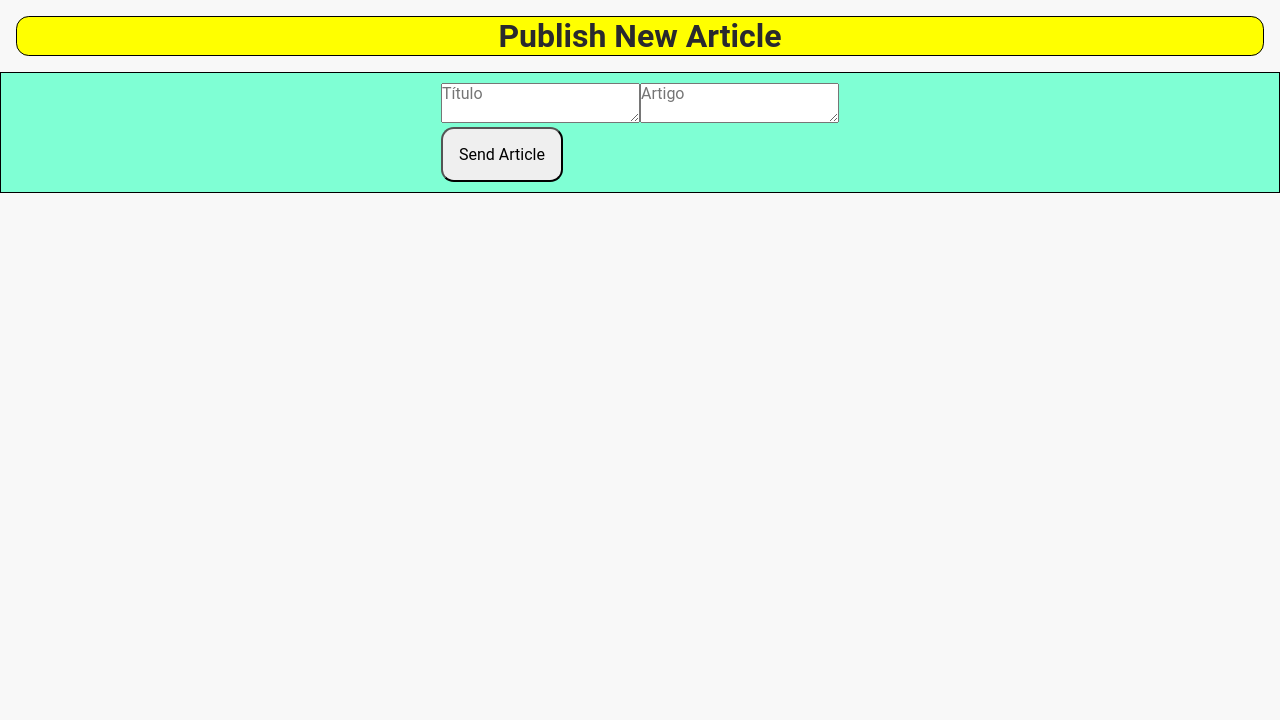
Repository: batmit/publish_articles
Page: /publish
The author's editor kept a copy of each file at every save. The page is drawn from the files as they stood at one save, then again after the next save.
The browser window is 1280 px wide. The pictures show the whole page.
The project was rebuilt for these pictures with package versions that can differ from the ones it lists, and the page was loaded fresh each time. Also part of the build but not shown: src/pages/articles.tsx, src/pages/article.tsx, src/pages/Home.tsx.

Above is the page before, as saved 2021-06-29 18:35:33.

### public/index.html
<!DOCTYPE html>
<html lang="en">
  <head>
    <meta charset="utf-8" />
    <meta name="viewport" content="width=device-width, initial-scale=1" />
    <meta name="theme-color" content="#000000" />
    <meta
      name="description"
      content="Web site created using create-react-app"
    />
    <title>publish_articles</title>
  </head>
  <body>
    <noscript>You need to enable JavaScript to run this app.</noscript>
    <div id="root"></div>
    <!--
      This HTML file is a template.
      If you open it directly in the browser, you will see an empty page.

      You can add webfonts, meta tags, or analytics to this file.
      The build step will place the bundled scripts into the <body> tag.

      To begin the development, run `npm start` or `yarn start`.
      To create a production bundle, use `npm run build` or `yarn build`.
    -->
  </body>
</html>

### src/App.tsx
import React from 'react';
import { BrowserRouter, Route } from 'react-router-dom';
import { Articles } from './pages/articles';

import {Article} from './pages/article'

import {Home} from './pages/Home';
import { Publish_Articles } from './pages/publish_articles';

import './styles/global.scss';



function App() {
  return (

    <BrowserRouter>

      <Route path='/' exact component={Home} />

      <Route path='/articles' exact component={Articles} />

      <Route path='/articles/:id' component={Article} />

      <Route path='/publish' exact component={Publish_Articles} />



    </BrowserRouter>

  );
}

export default App;

### src/pages/publish_articles.tsx
import { FormEvent, useState } from "react";
import { useHistory } from "react-router-dom";
import { database } from "../services/firebase";

export function Publish_Articles() {

    const [title, setNewTitle] = useState('');

    const [article, setNewArticle] = useState('');

    const history = useHistory();

    async function handleSendArticle(event: FormEvent) {

        event.preventDefault();

        await database.ref(`articles/${title}`).push(article);

        setNewArticle('');

        setNewTitle('');

        history.push(`articles/${title}`)

    };

    return (
        <>
            <header>
                <h1>Publish New Article</h1>
            </header>

            <main>
                <form onSubmit={handleSendArticle}>
                        <textarea
                            className="title"
                            placeholder="Título"
                            onChange={event => setNewTitle(event.target.value)}
                            value={title}
                        />


                        <textarea
                            placeholder="Artigo"
                            onChange={event => setNewArticle(event.target.value)}
                            value={article}
                        />

                        <div className="form-footer">
                            <button type='submit'>Send Article</button>
                        </div>

                </form>
            </main>
        </>
    );
}

### src/styles/global.scss
* {
    margin: 0;
    padding: 0;
    box-sizing: boder-box;
}

body{
    background: #f8f8f8;
    color: #29292e;
}

body, input, button, textarea {
    font: 400 16px 'Roboto', sans-serif ; // se não rodar o Roboto pega o sans-serif
}

header {
    text-align: center;
    justify-content: center;
    align-items: center;
    background: yellow;
    border: 1px solid black;
    border-radius: 0.8rem;
    margin: 1rem;
}

main {
    align-items: center;
    justify-content: center;
    display: flex;
    gap: 10px;
    background: aquamarine;
    border: 1px solid black;
    padding: 10px;


}

button {
    padding: 1rem;
    border-radius: 0.8rem;
    gap: 10px;
    transition: 0.2s;
}

button:hover {
    background-color: white;

}

form {
    textarea .title {
        display: block;
        width: 500px;
        height: 500px;
        margin: 2rem;
    }
}

### src/services/firebase.ts
import firebase from 'firebase/app'; // tem que baixar primeira yarn add firebase

import 'firebase/auth';
import 'firebase/database';

const firebaseConfig = {
    apiKey: "AIzaSyAnqsPR26s-jH9kgIT35JRFnFNwjQIPuWg",
    authDomain: "publish-articles-5a753.firebaseapp.com",
    databaseURL: "https://publish-articles-5a753-default-rtdb.firebaseio.com",
    projectId: "publish-articles-5a753",
    storageBucket: "publish-articles-5a753.appspot.com",
    messagingSenderId: "1038663375307",
    appId: "1:1038663375307:web:9e3542b0440fa2c5873e4e"
};

firebase.initializeApp(firebaseConfig); //inicio

const auth = firebase.auth(); // vou exportar
const database = firebase.database()

export { firebase, auth, database }

Loaded but not shown: src/index.tsx (common file)

After the next save:
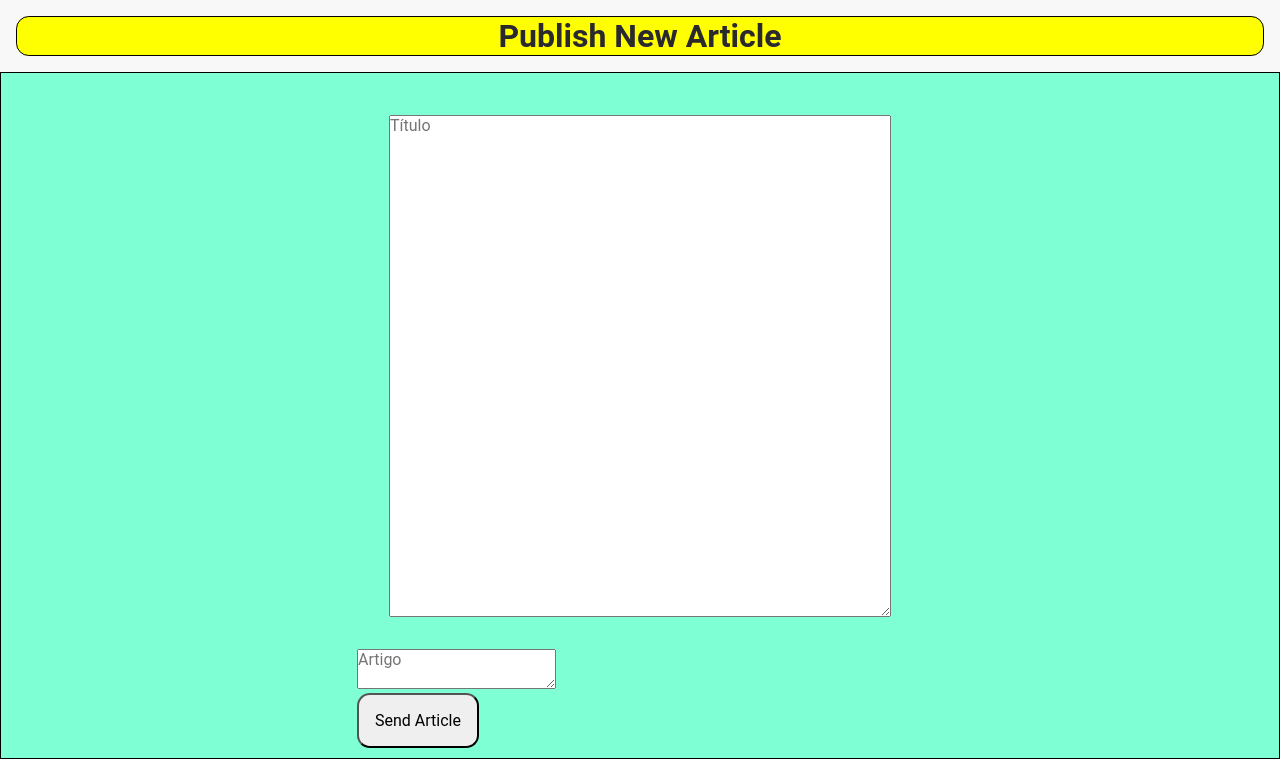
Saved 8 s later.
--- a/src/styles/global.scss
+++ b/src/styles/global.scss
@@ -48,7 +48,7 @@ button:hover {
 }
 
 form {
-    textarea .title {
+    .title {
         display: block;
         width: 500px;
         height: 500px;
